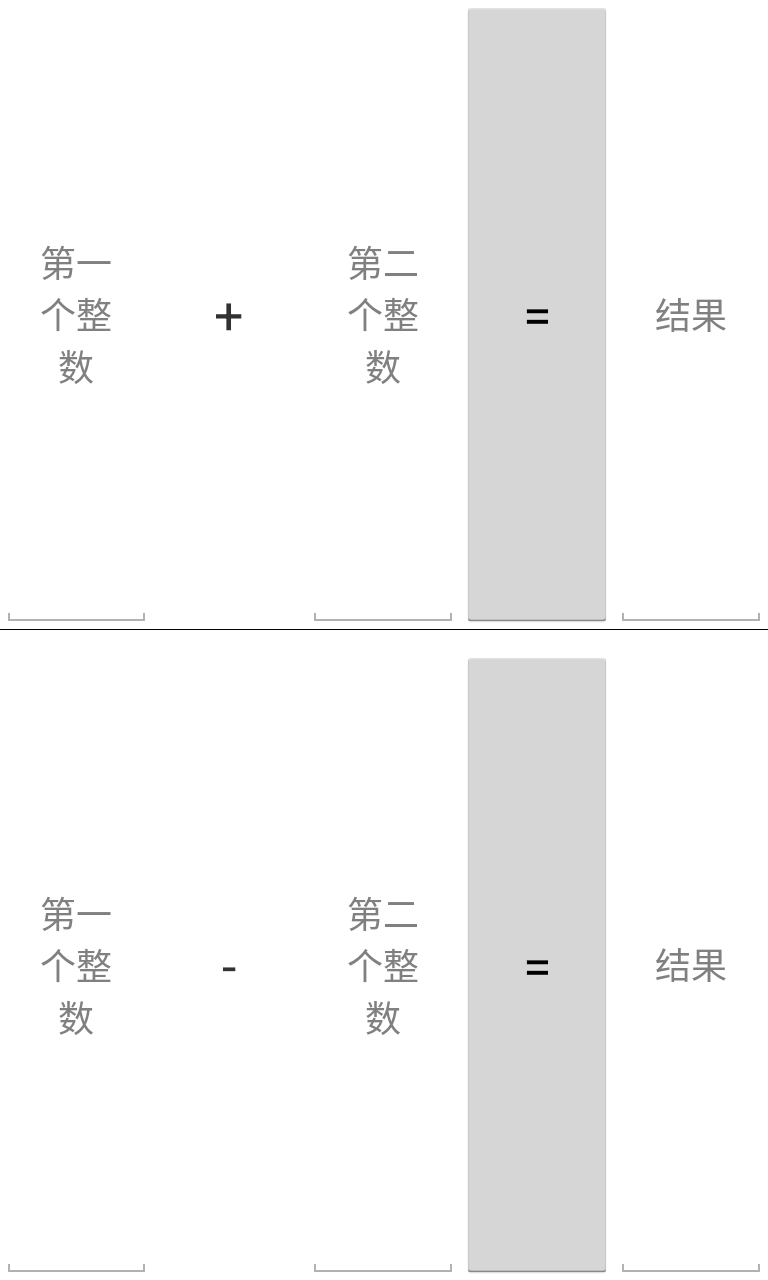
Repository: ouyangshengduo/Android_NDK_First
Layout: Android_NDK_Demo001/res/layout/activity_main.xml
An editor plug-in stored every save of this project. The layout is shown before and after the next save, followed by the edit.
It is drawn on a 768 x 1280 px phone screen (xhdpi) without system bars, with theme AppTheme; the app's code is not run.

Above is the layout before, as saved 2016-06-10 04:22:57.

After the next save:
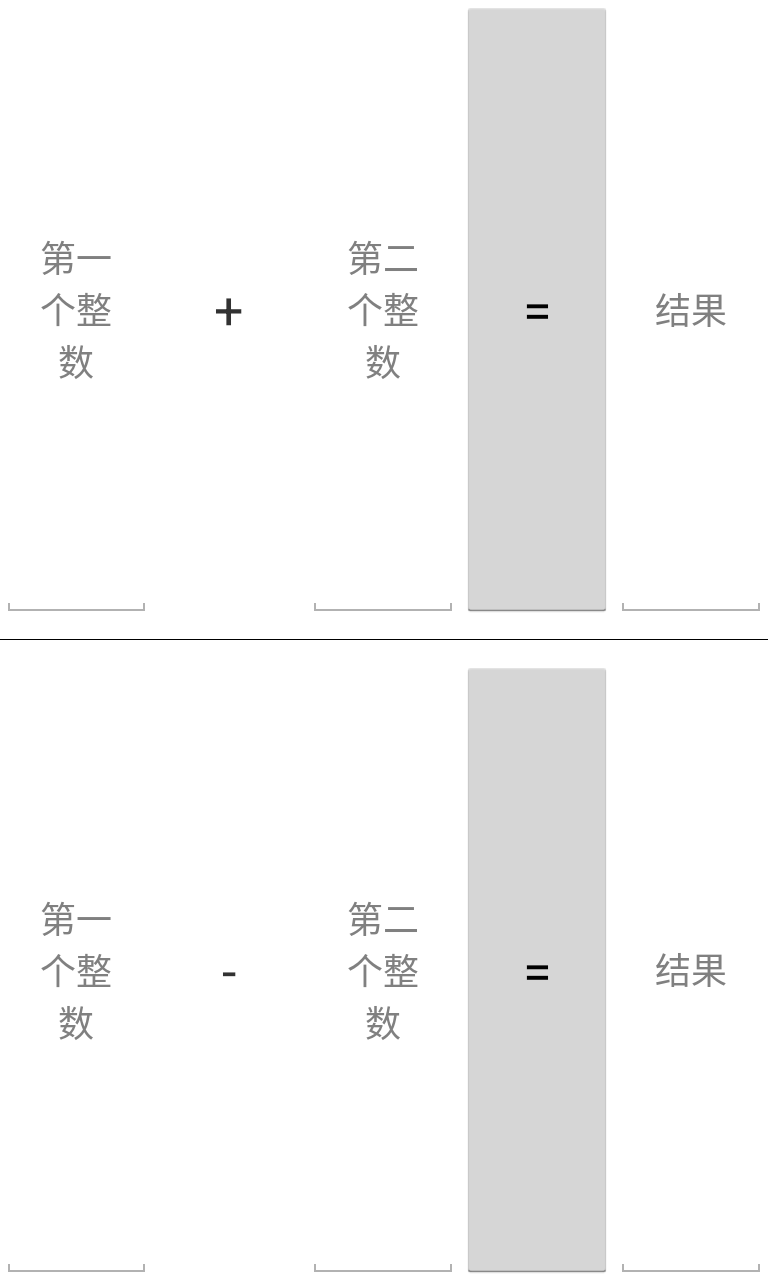
Saved 13 s later.
--- a/Android_NDK_Demo001/res/layout/activity_main.xml
+++ b/Android_NDK_Demo001/res/layout/activity_main.xml
@@ -8,7 +8,8 @@
         android:layout_height="0dp"
         android:layout_width="fill_parent"
         android:layout_weight="1"
-        android:orientation="horizontal">
+        android:orientation="horizontal"
+        android:layout_marginBottom="10dp">
 
         <EditText
             android:id="@+id/etAdd_A"
